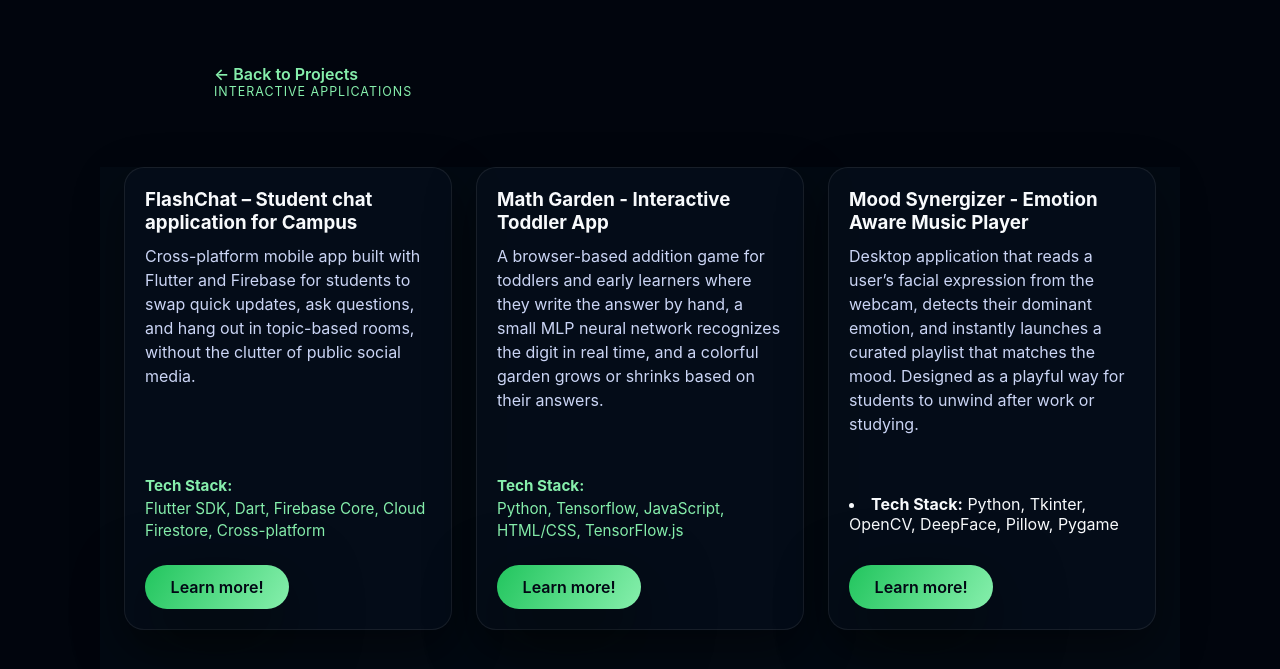
Repository: Abdulaziz-04/Abdulaziz-04.github.io
Page: projects/interactive_apps.html
These files come from the project's save history. The page is drawn as it stood at one moment and after the next save; the edit follows.
The browser window is 1280 px wide. The pictures show the whole page.

Above is the page before, as saved 2025-11-20 16:16:45.

After the next save:
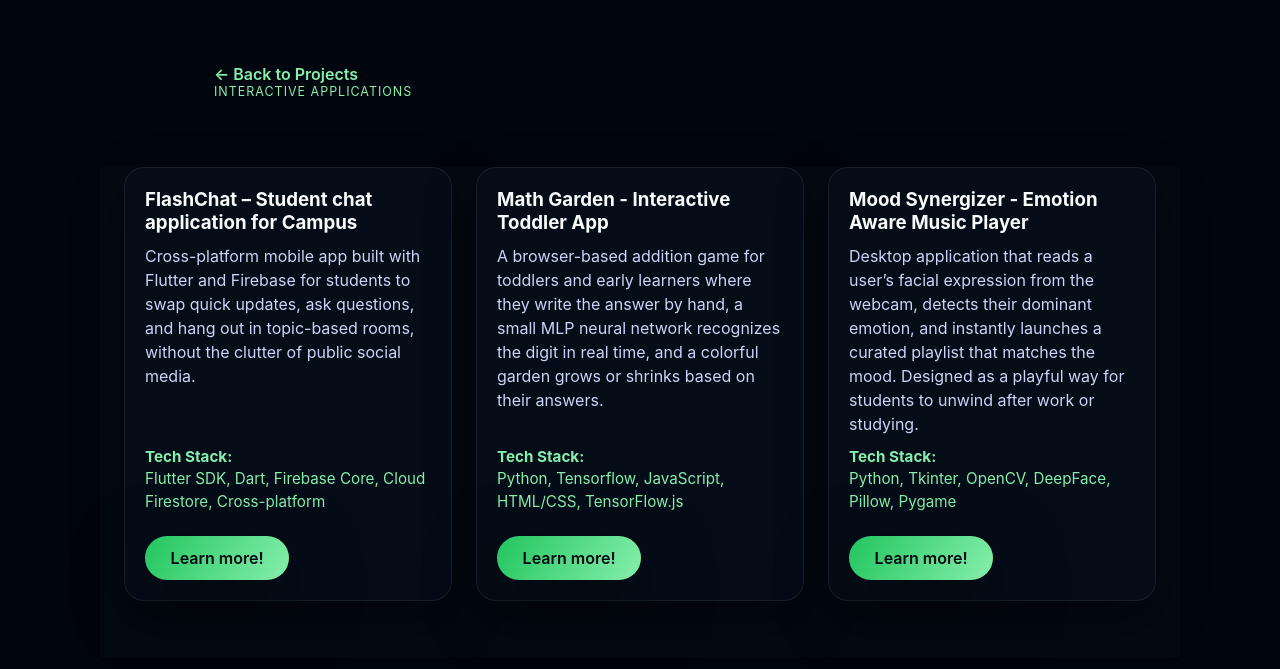
Saved 113 s later.
--- a/projects/interactive_apps.html
+++ b/projects/interactive_apps.html
@@ -71,10 +71,8 @@
               for students to unwind after work or studying.
             </p>
             <p class="project-modal__tech">
-              <li>
-                <strong>Tech Stack:</strong>
-                Python, Tkinter, OpenCV, DeepFace, Pillow, Pygame
-              </li>
+              <strong>Tech Stack:</strong>
+              Python, Tkinter, OpenCV, DeepFace, Pillow, Pygame
             </p>
             <div class="project-modal__actions">
               <a
